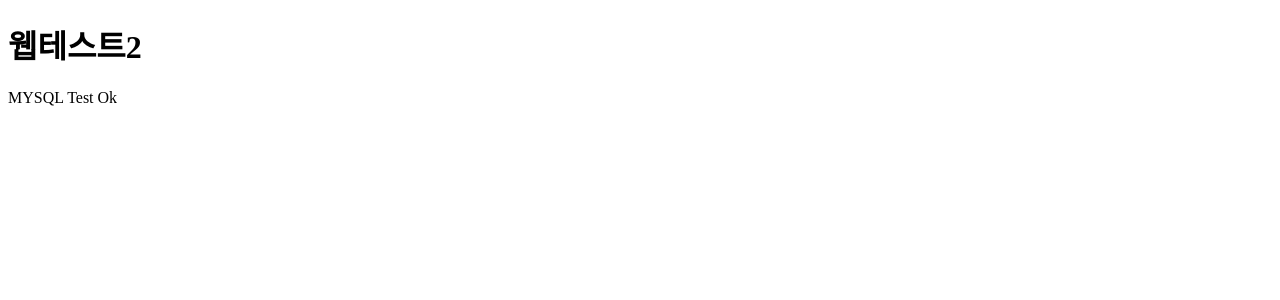
Repository: cordingdodo/javaworks2
Page: http://localhost/test02/index222.jsp
The author's editor kept a copy of each file at every save. The page is drawn from the files as they stood at one save, then again after the next save.
The browser window is 1280 px wide. The pictures show the whole page.
The page is served by Tomcat 9.

Above is the page before, as saved 2022-08-30 07:24:42.

After the next save:
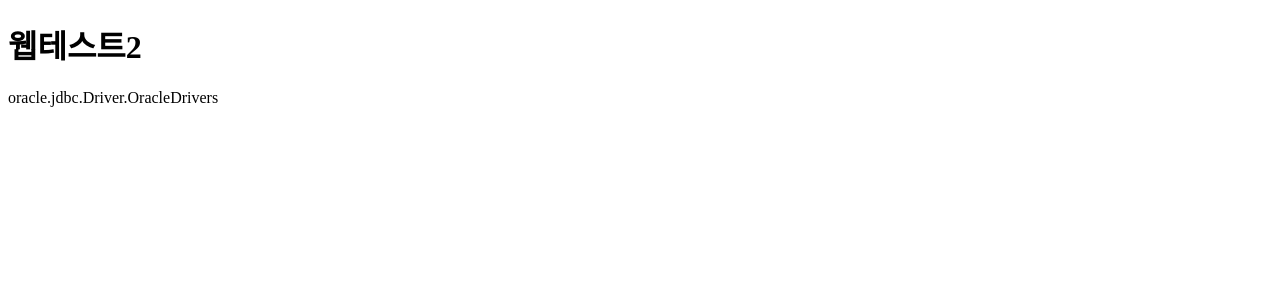
Saved 54 s later.
--- a/test02/WebContent/index222.jsp
+++ b/test02/WebContent/index222.jsp
@@ -10,14 +10,14 @@
 <body>
 	<h1>웹테스트2</h1>
 <%
-	String DB_URL = "jdbq:oracle:thin:@localhost:1521:xe";
+	String DB_URL = "jdbc:oracle:thin:@localhost:1521:xe";
 	String DB_USER ="system";
 	String DB_PW= "123";
 	Connection conn;
 	Statement stmt;
 
 	try {
-		Class.forName("com.mysql.jdbc.Driver");
+		Class.forName("oracle.jdbc.Driver.OracleDrivers");
 		conn = DriverManager.getConnection(DB_URL, DB_USER, DB_PW);
 			stmt = conn.createStatement();
 			conn.close();
